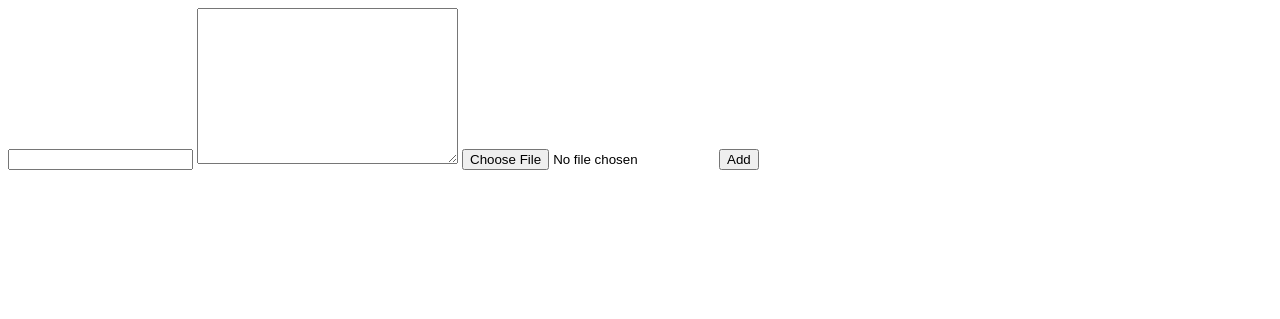
Repository: wasimalbokae2000/blogs
Page: http://localhost/posts/create
These files come from the project's save history. The page is drawn as it stood at one moment and after the next save; the edit follows.
The browser window is 1280 px wide. The pictures show the whole page.
The page is served by the project's Laravel application, run on PHP 8.4 with Laravel 12. Other server files are loaded and not shown.

Above is the page before, as saved 2024-11-20 21:42:10.

### routes/web.php
<?php

use Illuminate\Support\Facades\Route;
use App\Http\Controllers\PostController;
Route::get('/', function () {
    return view('welcome');
});

Route::get('/posts', [PostController::class, "index"])->name("posts");
Route::get('/posts/create', [PostController::class, "create"] )->name("posts.create");
Route::POST('/posts/store', [PostController::class, "store"] )->name("posts.store");
Route::get('/posts/show/id={id?}', [PostController::class, "show"] )->name("posts.show");
Route::get('/posts/edit/id={id?}', [PostController::class, "edit"] )->name("posts.edit");
Route::get('/posts/delete/id={id?}', [PostController::class, "destroy"] )->name("posts.delete");

### app/Http/Controllers/PostController.php
<?php

namespace App\Http\Controllers;

use App\Models\Post;
use Illuminate\Http\Request;

class PostController extends Controller
{
    /**
     * Display a listing of the resource.
     */
    public function index()
    {
        $posts=Post::all();
        return view("posts.index",compact("posts"));
    }

    /**
     * Show the form for creating a new resource.
     */
    public function create()
    {
        return view("posts.create");
    }

    /**
     * Store a newly created resource in storage.
     */
    public function store(Request $request)
    {
        if($request->hasFile("image"))
        {
            $imgName=$request->file("image")->getClientOriginalName() . '-'. uniqid() . '.'.$request->file("image")->getClientOriginalExtension();
           $request->file("image")->move(public_path("/images"),$imgName);
        }
       $p=Post::create([
            "title"=>$request->title,
            "description"=>$request->description,
            "image"=>$imgName
        ]);
        if($p)
        return redirect()->route('posts');
        return view("posts.index");
    }

    /**
     * Display the specified resource.
     */
    public function show($id)
    {
        $post=Post::find($id);
        return view("posts.show",compact("post"));
    }

    /**
     * Show the form for editing the specified resource.
     */
    public function edit(Post $post)
    {
        //
    }

    /**
     * Update the specified resource in storage.
     */
    public function update(Request $request, Post $post)
    {
        //
    }

    /**
     * Remove the specified resource from storage.
     */
    public function destroy(Post $post)
    {
        //
    }
}

### resources/views/posts/create.blade.php
<form action="{{ route("posts.store") }}" enctype="multipart/form-data" method="POST">
    @method("POST")
    @csrf
    <input type="text" name="title">
    <textarea name="description" id="" cols="30" rows="10"></textarea>
    <input type="file" name="image">
    <button type="submit">Add</button>
</form>

Loaded but not shown: app/Http/Controllers/Controller.php (common file)

After the next save:
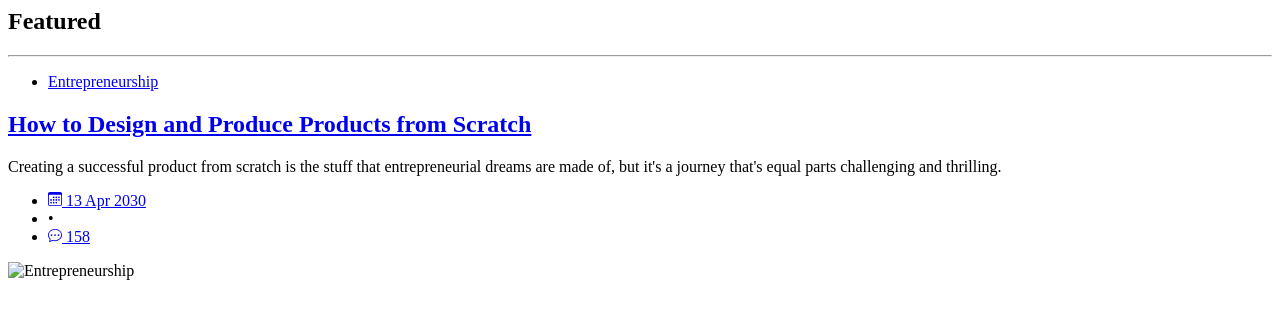
Saved 6 min 24 s later.
--- a/resources/views/posts/create.blade.php
+++ b/resources/views/posts/create.blade.php
@@ -1,8 +1,73 @@
-<form action="{{ route("posts.store") }}" enctype="multipart/form-data" method="POST">
+{{-- <form action="{{ route("posts.store") }}" enctype="multipart/form-data" method="POST">
     @method("POST")
     @csrf
     <input type="text" name="title">
     <textarea name="description" id="" cols="30" rows="10"></textarea>
     <input type="file" name="image">
     <button type="submit">Add</button>
-</form>
+</form> --}}
+<!-- Featured 1 - Bootstrap Brain Component -->
+<section class="py-3 py-md-5 py-xl-8 bg-light">
+    <div class="container">
+      <div class="row justify-content-md-center">
+        <div class="col-12 col-md-10 col-lg-8 col-xl-7 col-xxl-6">
+          <h2 class="display-5 mb-4 mb-md-5 text-center">Featured</h2>
+          <hr class="w-50 mx-auto mb-5 mb-xl-9 border-dark-subtle">
+        </div>
+      </div>
+    </div>
+
+    <div class="container">
+      <article>
+        <div class="card">
+          <div class="row g-0">
+            <div class="col-12 col-md-6 order-1 order-md-0 d-flex align-items-center">
+              <div class="card-body p-md-4 p-xl-6 p-xxl-9">
+                <div class="entry-header mb-3">
+                  <ul class="entry-meta list-unstyled d-flex mb-4">
+                    <li>
+                      <a class="d-inline-flex px-2 py-1 link-primary text-primary-emphasis bg-primary-subtle border border-primary-subtle rounded-2 text-decoration-none" href="#!">Entrepreneurship</a>
+                    </li>
+                  </ul>
+                  <h2 class="card-title entry-title display-3 fw-bold mb-4 lh-1">
+                    <a class="link-dark text-decoration-none" href="#!">How to Design and Produce Products from Scratch</a>
+                  </h2>
+                </div>
+                <p class="card-text entry-summary text-secondary mb-4">
+                  Creating a successful product from scratch is the stuff that entrepreneurial dreams are made of, but it's a journey that's equal parts challenging and thrilling.
+                </p>
+                <div class="entry-footer">
+                  <ul class="entry-meta list-unstyled d-flex align-items-center m-0">
+                    <li>
+                      <a class="fs-7 link-secondary text-decoration-none d-flex align-items-center" href="#!">
+                        <svg xmlns="http://www.w3.org/2000/svg" width="14" height="14" fill="currentColor" class="bi bi-calendar3" viewBox="0 0 16 16">
+                          <path d="M14 0H2a2 2 0 0 0-2 2v12a2 2 0 0 0 2 2h12a2 2 0 0 0 2-2V2a2 2 0 0 0-2-2zM1 3.857C1 3.384 1.448 3 2 3h12c.552 0 1 .384 1 .857v10.286c0 .473-.448.857-1 .857H2c-.552 0-1-.384-1-.857V3.857z" />
+                          <path d="M6.5 7a1 1 0 1 0 0-2 1 1 0 0 0 0 2zm3 0a1 1 0 1 0 0-2 1 1 0 0 0 0 2zm3 0a1 1 0 1 0 0-2 1 1 0 0 0 0 2zm-9 3a1 1 0 1 0 0-2 1 1 0 0 0 0 2zm3 0a1 1 0 1 0 0-2 1 1 0 0 0 0 2zm3 0a1 1 0 1 0 0-2 1 1 0 0 0 0 2zm3 0a1 1 0 1 0 0-2 1 1 0 0 0 0 2zm-9 3a1 1 0 1 0 0-2 1 1 0 0 0 0 2zm3 0a1 1 0 1 0 0-2 1 1 0 0 0 0 2zm3 0a1 1 0 1 0 0-2 1 1 0 0 0 0 2z" />
+                        </svg>
+                        <span class="ms-2 fs-7">13 Apr 2030</span>
+                      </a>
+                    </li>
+                    <li>
+                      <span class="px-3">&bull;</span>
+                    </li>
+                    <li>
+                      <a class="link-secondary text-decoration-none d-flex align-items-center" href="#!">
+                        <svg xmlns="http://www.w3.org/2000/svg" width="14" height="14" fill="currentColor" class="bi bi-chat-dots" viewBox="0 0 16 16">
+                          <path d="M5 8a1 1 0 1 1-2 0 1 1 0 0 1 2 0zm4 0a1 1 0 1 1-2 0 1 1 0 0 1 2 0zm3 1a1 1 0 1 0 0-2 1 1 0 0 0 0 2z" />
+                          <path d="m2.165 15.803.02-.004c1.83-.363 2.948-.842 3.468-1.105A9.06 9.06 0 0 0 8 15c4.418 0 8-3.134 8-7s-3.582-7-8-7-8 3.134-8 7c0 1.76.743 3.37 1.97 4.6a10.437 10.437 0 0 1-.524 2.318l-.003.011a10.722 10.722 0 0 1-.244.637c-.079.186.074.394.273.362a21.673 21.673 0 0 0 .693-.125zm.8-3.108a1 1 0 0 0-.287-.801C1.618 10.83 1 9.468 1 8c0-3.192 3.004-6 7-6s7 2.808 7 6c0 3.193-3.004 6-7 6a8.06 8.06 0 0 1-2.088-.272 1 1 0 0 0-.711.074c-.387.196-1.24.57-2.634.893a10.97 10.97 0 0 0 .398-2z" />
+                        </svg>
+                        <span class="ms-2 fs-7">158</span>
+                      </a>
+                    </li>
+                  </ul>
+                </div>
+              </div>
+            </div>
+            <div class="col-12 col-md-6 d-flex">
+              <img class="img-fluid rounded-end object-fit-cover" loading="lazy" src="./assets/img/featured-img-1.jpg" alt="Entrepreneurship">
+            </div>
+          </div>
+        </div>
+      </article>
+    </div>
+  </section>

After the save that followed:
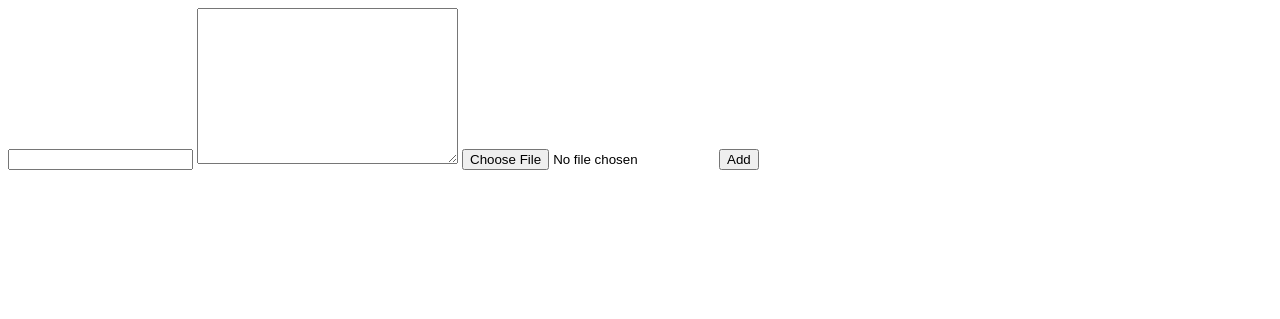
Saved 17 s later.
--- a/resources/views/posts/create.blade.php
+++ b/resources/views/posts/create.blade.php
@@ -1,73 +1,8 @@
-{{-- <form action="{{ route("posts.store") }}" enctype="multipart/form-data" method="POST">
+<form action="{{ route("posts.store") }}" enctype="multipart/form-data" method="POST">
     @method("POST")
     @csrf
     <input type="text" name="title">
     <textarea name="description" id="" cols="30" rows="10"></textarea>
     <input type="file" name="image">
     <button type="submit">Add</button>
-</form> --}}
-<!-- Featured 1 - Bootstrap Brain Component -->
-<section class="py-3 py-md-5 py-xl-8 bg-light">
-    <div class="container">
-      <div class="row justify-content-md-center">
-        <div class="col-12 col-md-10 col-lg-8 col-xl-7 col-xxl-6">
-          <h2 class="display-5 mb-4 mb-md-5 text-center">Featured</h2>
-          <hr class="w-50 mx-auto mb-5 mb-xl-9 border-dark-subtle">
-        </div>
-      </div>
-    </div>
-
-    <div class="container">
-      <article>
-        <div class="card">
-          <div class="row g-0">
-            <div class="col-12 col-md-6 order-1 order-md-0 d-flex align-items-center">
-              <div class="card-body p-md-4 p-xl-6 p-xxl-9">
-                <div class="entry-header mb-3">
-                  <ul class="entry-meta list-unstyled d-flex mb-4">
-                    <li>
-                      <a class="d-inline-flex px-2 py-1 link-primary text-primary-emphasis bg-primary-subtle border border-primary-subtle rounded-2 text-decoration-none" href="#!">Entrepreneurship</a>
-                    </li>
-                  </ul>
-                  <h2 class="card-title entry-title display-3 fw-bold mb-4 lh-1">
-                    <a class="link-dark text-decoration-none" href="#!">How to Design and Produce Products from Scratch</a>
-                  </h2>
-                </div>
-                <p class="card-text entry-summary text-secondary mb-4">
-                  Creating a successful product from scratch is the stuff that entrepreneurial dreams are made of, but it's a journey that's equal parts challenging and thrilling.
-                </p>
-                <div class="entry-footer">
-                  <ul class="entry-meta list-unstyled d-flex align-items-center m-0">
-                    <li>
-                      <a class="fs-7 link-secondary text-decoration-none d-flex align-items-center" href="#!">
-                        <svg xmlns="http://www.w3.org/2000/svg" width="14" height="14" fill="currentColor" class="bi bi-calendar3" viewBox="0 0 16 16">
-                          <path d="M14 0H2a2 2 0 0 0-2 2v12a2 2 0 0 0 2 2h12a2 2 0 0 0 2-2V2a2 2 0 0 0-2-2zM1 3.857C1 3.384 1.448 3 2 3h12c.552 0 1 .384 1 .857v10.286c0 .473-.448.857-1 .857H2c-.552 0-1-.384-1-.857V3.857z" />
-                          <path d="M6.5 7a1 1 0 1 0 0-2 1 1 0 0 0 0 2zm3 0a1 1 0 1 0 0-2 1 1 0 0 0 0 2zm3 0a1 1 0 1 0 0-2 1 1 0 0 0 0 2zm-9 3a1 1 0 1 0 0-2 1 1 0 0 0 0 2zm3 0a1 1 0 1 0 0-2 1 1 0 0 0 0 2zm3 0a1 1 0 1 0 0-2 1 1 0 0 0 0 2zm3 0a1 1 0 1 0 0-2 1 1 0 0 0 0 2zm-9 3a1 1 0 1 0 0-2 1 1 0 0 0 0 2zm3 0a1 1 0 1 0 0-2 1 1 0 0 0 0 2zm3 0a1 1 0 1 0 0-2 1 1 0 0 0 0 2z" />
-                        </svg>
-                        <span class="ms-2 fs-7">13 Apr 2030</span>
-                      </a>
-                    </li>
-                    <li>
-                      <span class="px-3">&bull;</span>
-                    </li>
-                    <li>
-                      <a class="link-secondary text-decoration-none d-flex align-items-center" href="#!">
-                        <svg xmlns="http://www.w3.org/2000/svg" width="14" height="14" fill="currentColor" class="bi bi-chat-dots" viewBox="0 0 16 16">
-                          <path d="M5 8a1 1 0 1 1-2 0 1 1 0 0 1 2 0zm4 0a1 1 0 1 1-2 0 1 1 0 0 1 2 0zm3 1a1 1 0 1 0 0-2 1 1 0 0 0 0 2z" />
-                          <path d="m2.165 15.803.02-.004c1.83-.363 2.948-.842 3.468-1.105A9.06 9.06 0 0 0 8 15c4.418 0 8-3.134 8-7s-3.582-7-8-7-8 3.134-8 7c0 1.76.743 3.37 1.97 4.6a10.437 10.437 0 0 1-.524 2.318l-.003.011a10.722 10.722 0 0 1-.244.637c-.079.186.074.394.273.362a21.673 21.673 0 0 0 .693-.125zm.8-3.108a1 1 0 0 0-.287-.801C1.618 10.83 1 9.468 1 8c0-3.192 3.004-6 7-6s7 2.808 7 6c0 3.193-3.004 6-7 6a8.06 8.06 0 0 1-2.088-.272 1 1 0 0 0-.711.074c-.387.196-1.24.57-2.634.893a10.97 10.97 0 0 0 .398-2z" />
-                        </svg>
-                        <span class="ms-2 fs-7">158</span>
-                      </a>
-                    </li>
-                  </ul>
-                </div>
-              </div>
-            </div>
-            <div class="col-12 col-md-6 d-flex">
-              <img class="img-fluid rounded-end object-fit-cover" loading="lazy" src="./assets/img/featured-img-1.jpg" alt="Entrepreneurship">
-            </div>
-          </div>
-        </div>
-      </article>
-    </div>
-  </section>
+</form>
